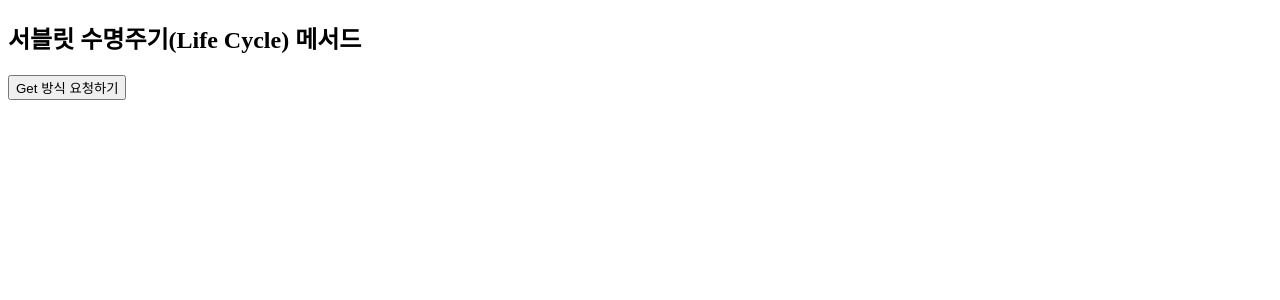
Repository: Park-Dongheon/Servlet-JSP_Training
Page: http://localhost/MustHaveJSP/12Servlet/LifeCycle.do
These files come from the project's save history. The page is drawn as it stood at one moment and after the next save; the edit follows.
The browser window is 1280 px wide. The pictures show the whole page.
The page is served by Tomcat 10.

Above is the page before, as saved 2024-06-25 02:37:37.

After the next save:
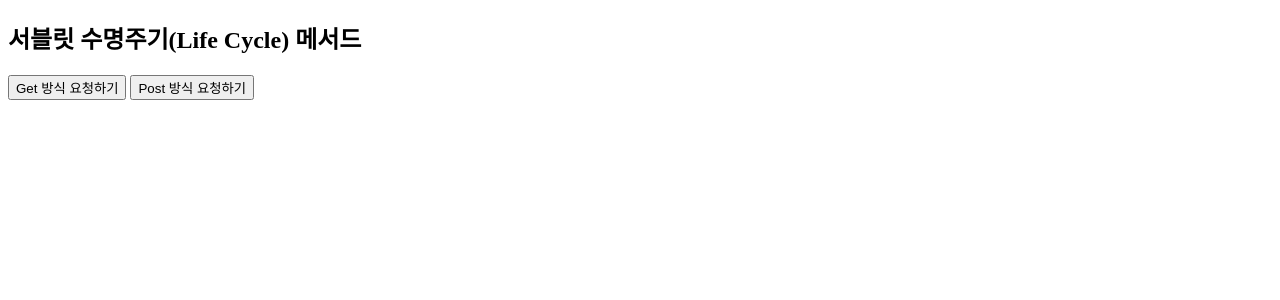
Saved 16 s later.
--- a/MustHaveJSP/src/main/webapp/12Servlet/LifeCycle.jsp
+++ b/MustHaveJSP/src/main/webapp/12Servlet/LifeCycle.jsp
@@ -22,6 +22,7 @@
 	<h2>서블릿 수명주기(Life Cycle) 메서드</h2>
 	<form action="./LifeCycle.do">
 		<input type="button" value="Get 방식 요청하기" onclick="requestAction(this.form, 1);" />
+		<input type="button" value="Post 방식 요청하기" onclick="requestAction(this.form, 2);" />
 	</form>
 </body>
 </html>
